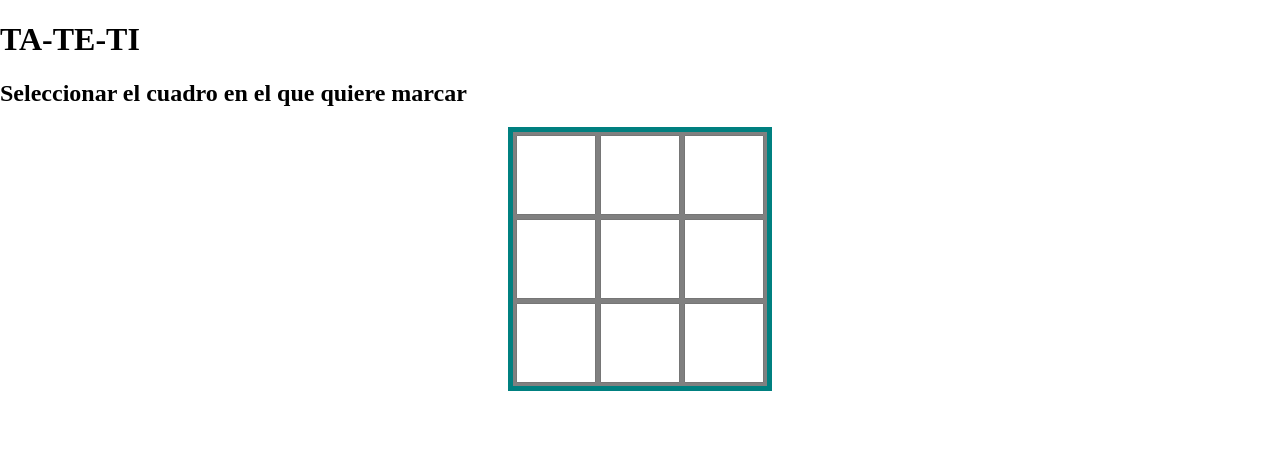
Repository: Lean97-start/TATETI
Page: Tateti.html
These files come from the project's save history. The page is drawn as it stood at one moment and after a run of saves; the edit follows.
The browser window is 1280 px wide. The pictures show the whole page.

Above is the page before, as saved 2021-03-30 12:34:26.

### Tateti.html
<!DOCTYPE html>
<html lang="en">
<head>
    <meta charset="UTF-8">
    <link rel="stylesheet" type="text/css" href="Tateti.css">
    <link rel="stylesheet" href="Tateti.js">
    <link rel="stylesheet" type="text/css" href="https://necolas.github.io/normalize.css/8.0.1/normalize.css">
    <title>TATETI</title>
</head>
<body>
    <H1>TA-TE-TI</H1>
    <H2>Seleccionar el cuadro en el que quiere marcar</H3>

        <table class="cuadro">
            <tr>
                <td><input type="text" class="entradas"></td>
                <td><input type="text" class="entradas"></td>
                <td><input type="text" class="entradas"></td>
            </tr>
            <tr>
                <td><input type="text" class="entradas"></td>
                <td><input type="text" class="entradas"></td>
                <td><input type="text" class="entradas"></td>
            </tr>
            <tr>
                <td><input type="text" class="entradas"></td>
                <td><input type="text" class="entradas"></td>
                <td><input type="text" class="entradas"></td>
            </tr>
        </table>
    <script src="Tateti.js">
    <button class="botones" id="jugar">Jugar</button>
    </script>
</body>
</html>

### Tateti.css

.cuadro{
    border: 5px teal solid;
    background: grey;
    position: relative;
    height: 250px;
    width: 250px;
    margin: auto;
}
.entradas{
    height: 80px;
    width: 80px;
    box-sizing: border-box;

}

### Tateti.js
let var1, var2, var3,var4, var5,var6 = undefined

function boton_jugar (){

}

After the next 2 saves:
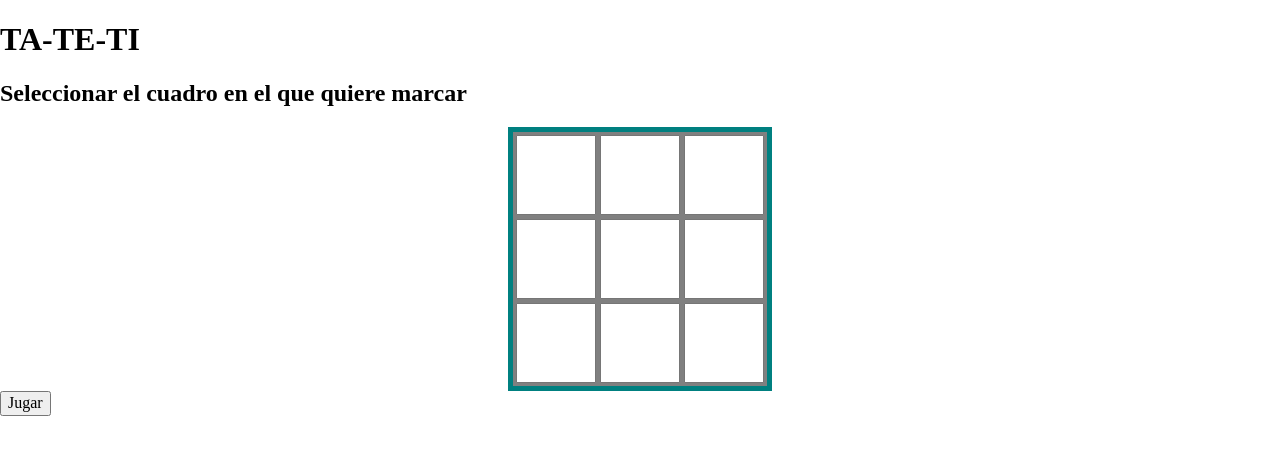
The 2 saves are shown as one change because they came seconds apart.
The last was saved 42 s later.
--- a/Tateti.html
+++ b/Tateti.html
@@ -28,8 +28,8 @@
                 <td><input type="text" class="entradas"></td>
             </tr>
         </table>
-    <script src="Tateti.js">
+
     <button class="botones" id="jugar">Jugar</button>
-    </script>
+
 </body>
 </html>
